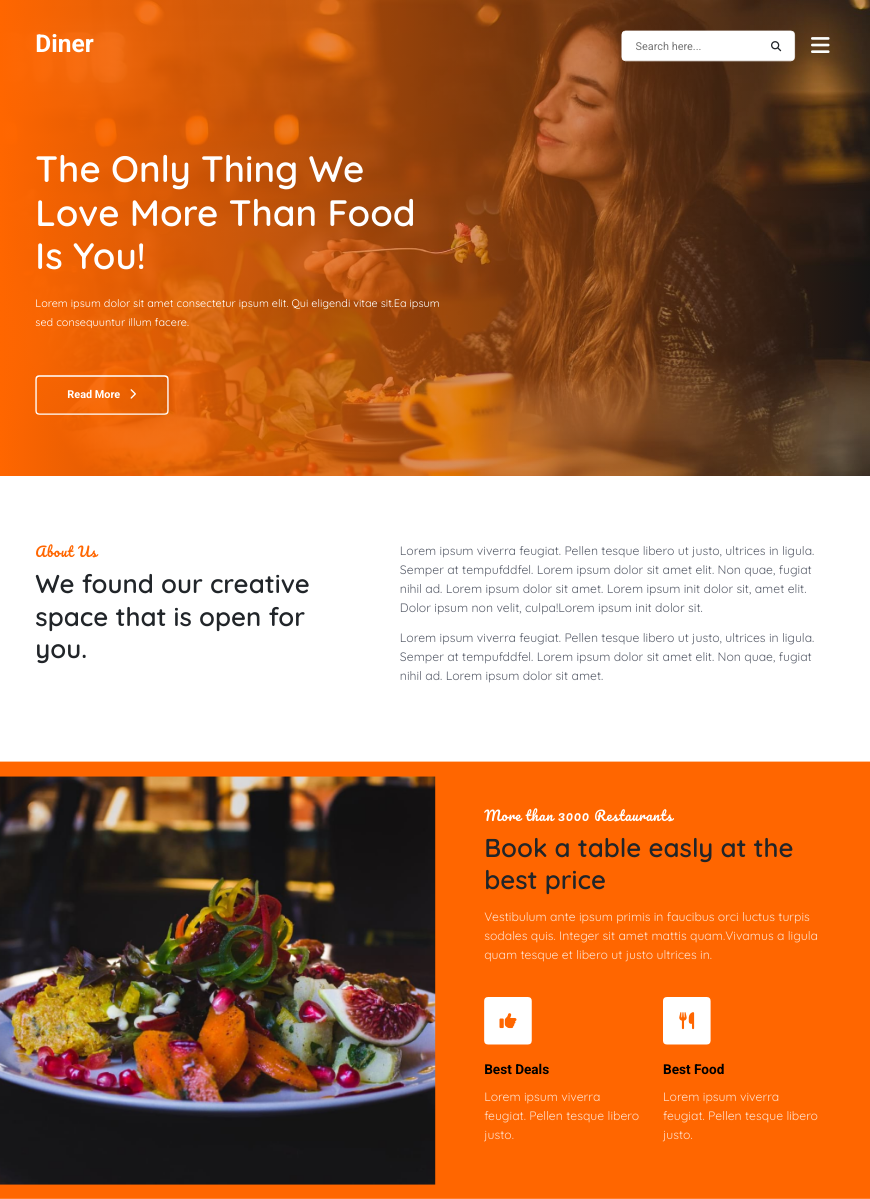
Repository: minhtrivu6199/Diner
Page: index.html
These files come from the project's save history. The page is drawn as it stood at one moment and after the next save; the edit follows.
The browser window is 1280 px wide. The pictures show the whole page, at 68% of full size.
Backgrounds fixed to the window are drawn as part of the page. The style sheet was rebuilt from its Sass, Less or Tailwind sources for each picture, by a compiler version that may differ from the author's.

Above is the page before, as saved 2022-10-10 16:42:30.

### index.html
<!DOCTYPE html>
<html lang="en">
  <head>
    <title>Diner</title>
    <!-- Required meta tags -->
    <meta charset="utf-8" />
    <meta
      name="viewport"
      content="width=device-width, initial-scale=1, shrink-to-fit=no"
    />
    <!-- FontAwesome 6.2.0 CSS -->
    <link
      rel="stylesheet"
      href="https://cdnjs.cloudflare.com/ajax/libs/font-awesome/6.2.0/css/all.min.css"
      integrity="sha512-xh6O/CkQoPOWDdYTDqeRdPCVd1SpvCA9XXcUnZS2FmJNp1coAFzvtCN9BmamE+4aHK8yyUHUSCcJHgXloTyT2A=="
      crossorigin="anonymous"
      referrerpolicy="no-referrer"
    />

    <!-- Font -->
    <link rel="preconnect" href="https://fonts.googleapis.com" />
    <link rel="preconnect" href="https://fonts.gstatic.com" crossorigin />
    <link
      href="https://fonts.googleapis.com/css2?family=Roboto:wght@100;300;400;500;700;900&display=swap"
      rel="stylesheet"
    />
    <link
      href="https://fonts.googleapis.com/css2?family=Pacifico&display=swap"
      rel="stylesheet"
    />
    <link
      href="https://fonts.googleapis.com/css2?family=Quicksand:wght@300;400;500;600;700&display=swap"
      rel="stylesheet"
    />

    <!-- Bootstrap CSS v5.2.1 -->
    <link
      href="https://cdn.jsdelivr.net/npm/bootstrap@5.2.1/dist/css/bootstrap.min.css"
      rel="stylesheet"
      integrity="sha384-iYQeCzEYFbKjA/T2uDLTpkwGzCiq6soy8tYaI1GyVh/UjpbCx/TYkiZhlZB6+fzT"
      crossorigin="anonymous"
    />
    <!-- CSS -->
    <link rel="stylesheet" href="./css/style.min.css" />
  </head>

  <body>
    <!-- HEADER BANNER -->
    <section class="header-banner">
      <div class="container">
        <!-- BANNER HEADER -->
        <div class="banner-header">
          <div class="banner-logo">
            <h1>
              <a href="" class="logo-brand">Diner</a>
            </h1>
          </div>
          <div class="banner-right-content">
            <div class="search-bar">
              <form class="search position-relative">
                <input
                  type="search"
                  class="search-input"
                  placeholder="Search here..."
                />
                <span class="fa fa-search search-icon"></span>
              </form>
            </div>
            <div class="menu text-center">
              <div class="mobile-position">
                <nav class="navigation">
                  <!-- <div class="theme-switch-wrapper">
                    <label for="checkbox" class="theme-switch">
                      <input type="checkbox" id="checkbox" />
                      <div class="mode-container">
                        <i class="fa fa-sun"></i>
                        <i class="fa fa-moon"></i>
                      </div>
                    </label>
                  </div> -->
                </nav>
              </div>
              <div class="mobile-nav-button text-center">
                <button id="trigger-overlay" type="button">
                  <i class="fa fa-bars" aria-hidden="true"></i>
                </button>
              </div>
            </div>
          </div>
          <!-- NAV MENU -->
          <div class="overlay overlay-scale">
            <button type="button" class="overlay-close">
              <i class="fa fa-times" aria-hidden="true"></i>
            </button>

            <nav>
              <ul>
                <li><a href="index.html" class="active">Home</a></li>
                <li><a href="about.html">About</a></li>
                <li><a href="services.html">Services</a></li>
                <li><a href="blog.html">Blog</a></li>
                <li><a href="error.html">404</a></li>
                <li><a href="">Landing Page</a></li>
                <li><a href="contact.html">Contact</a></li>
                <li><a href="">Shot Codes</a></li>
                <li><a href="">Email</a></li>
              </ul>
            </nav>
          </div>
          <!-- END NAV MENU -->
        </div>
        <!-- END BANNER HEADER -->
        <div class="banner-info">
          <h3 class="mb-4 title">The only thing we love more than food is you!</h3>
          <div class="separator"></div>
          <p class="pr-lg-5 mt-md-4 mt-3">
            Lorem ipsum dolor sit amet consectetur ipsum elit. Qui eligendi
            vitae sit.Ea ipsum sed consequuntur illum facere.
          </p>
          <a class="btn btn-white mt-sm-5 mt-4 mr-2" href="about.html">
            Read More
            <span class="fa fa-chevron-right ms-2" aria-hidden="true"></span>
          </a>
        </div>
      </div>
    </section>
    <!-- END HEADER -->

    <!-- ABOUT -->
    <section class="about-us py-5">
      <div class="container py-md-5">
        <div class="row content">
          <div class="col-lg-5 content-left">
            <div class="about-title">
              <h6 class="subtitle">About Us</h6>
              <h3 class="title mb-4">
                We found our creative space that is open for you.
              </h3>
            </div>
          </div>
          <div class="col-lg-7 content-right ps-lg-5">
            <p>
              Lorem ipsum viverra feugiat. Pellen tesque libero ut justo, ultrices in ligula. Semper at tempufddfel. Lorem ipsum dolor sit amet elit. Non quae, fugiat nihil ad. Lorem ipsum dolor sit amet. Lorem ipsum init dolor sit, amet elit. Dolor ipsum non velit, culpa!Lorem ipsum init dolor sit.
            </p>
            <p class="mt-3">
              Lorem ipsum viverra feugiat. Pellen tesque libero ut justo, ultrices in ligula. Semper at tempufddfel. Lorem ipsum dolor sit amet elit. Non quae, fugiat nihil ad. Lorem ipsum dolor sit amet.
            </p>
          </div>
        </div>
      </div>
    </section>
    <!-- END ABOUT -->

    <!-- AGENT -->
    <section class="agent">
      <div class="container-fluid">
        <div class="row align-items-center gx-0">
          <div class="col-lg-6 pt-lg-0 pt-5">
            <div class="agent-image"></div>
          </div>
          <div class="col-lg-6 px-lg-4 py-lg-3 py-4">
            <div class="agent-info p-md-5 p-3">
              <h6 class="subtitle">
                More than 3000 Restaurants
              </h6>
              <h3 class="title">
                Book a table easly at the best price
              </h3>
              <p class="my-3">
                Vestibulum ante ipsum primis in faucibus orci luctus turpis sodales quis. Integer sit amet mattis quam.Vivamus a ligula quam tesque et libero ut justo ultrices in.
              </p>
              <div class="agent-interactive mt-5">
                <div class="gd">
                  <div class="icon mb-4">
                    <span class="fa fa-thumbs-up"></span>
                  </div>
                  <a href="#" class="gd-link">Best Deals</a>
                  <p class="mt-2">
                    Lorem ipsum viverra feugiat. Pellen tesque libero justo.
                  </p>
                </div>
                <div class="gd">
                  <div class="icon mb-4">
                    <span class="fa fa-cutlery"></span>
                  </div>
                  <a href="#" class="gd-link">Best Food</a>
                  <p class="mt-2">
                    Lorem ipsum viverra feugiat. Pellen tesque libero justo.
                  </p>
                </div>
              </div>
            </div>
          </div>
        </div>
      </div>
    </section>
    <!-- END AGENT -->

    <!-- CATEGORIES -->
    <section class="categories">

    </section>
    <!-- END CATEGORIES -->

    <!-- Bootstrap JavaScript Libraries -->
    <script
      src="https://cdn.jsdelivr.net/npm/@popperjs/core@2.11.6/dist/umd/popper.min.js"
      integrity="sha384-oBqDVmMz9ATKxIep9tiCxS/Z9fNfEXiDAYTujMAeBAsjFuCZSmKbSSUnQlmh/jp3"
      crossorigin="anonymous"
    ></script>

    <script
      src="https://cdn.jsdelivr.net/npm/bootstrap@5.2.1/dist/js/bootstrap.min.js"
      integrity="sha384-7VPbUDkoPSGFnVtYi0QogXtr74QeVeeIs99Qfg5YCF+TidwNdjvaKZX19NZ/e6oz"
      crossorigin="anonymous"
    ></script>

    <!-- JS -->
    <script src="./js/modernizr-2.6.2.min.js"></script>
    <script src="./js/classie.js"></script>
    <script src="./js/main.js"></script>
  </body>
</html>

### js/classie.js
/*!
 * classie - class helper functions
 * from bonzo https://github.com/ded/bonzo
 *
 * classie.has( elem, 'my-class' ) -> true/false
 * classie.add( elem, 'my-new-class' )
 * classie.remove( elem, 'my-unwanted-class' )
 * classie.toggle( elem, 'my-class' )
 */

/*jshint browser: true, strict: true, undef: true */
/*global define: false */

(function (window) {
  "use strict";

  // class helper functions from bonzo https://github.com/ded/bonzo

  function classReg(className) {
    return new RegExp("(^|\\s+)" + className + "(\\s+|$)");
  }

  // classList support for class management
  // altho to be fair, the api sucks because it won't accept multiple classes at once
  var hasClass, addClass, removeClass;

  if ("classList" in document.documentElement) {
    hasClass = function (elem, c) {
      return elem.classList.contains(c);
    };
    addClass = function (elem, c) {
      elem.classList.add(c);
    };
    removeClass = function (elem, c) {
      elem.classList.remove(c);
    };
  } else {
    hasClass = function (elem, c) {
      return classReg(c).test(elem.className);
    };
    addClass = function (elem, c) {
      if (!hasClass(elem, c)) {
        elem.className = elem.className + " " + c;
      }
    };
    removeClass = function (elem, c) {
      elem.className = elem.className.replace(classReg(c), " ");
    };
  }

  function toggleClass(elem, c) {
    var fn = hasClass(elem, c) ? removeClass : addClass;
    fn(elem, c);
  }

  var classie = {
    // full names
    hasClass: hasClass,
    addClass: addClass,
    removeClass: removeClass,
    toggleClass: toggleClass,
    // short names
    has: hasClass,
    add: addClass,
    remove: removeClass,
    toggle: toggleClass,
  };

  // transport
  if (typeof define === "function" && define.amd) {
    // AMD
    define(classie);
  } else {
    // browser global
    window.classie = classie;
  }
})(window);

### js/main.js
(function () {
  var container = document.querySelector("div.container"),
    triggerBttn = document.getElementById("trigger-overlay"),
    overlay = document.querySelector("div.overlay"),
    closeBttn = overlay.querySelector("button.overlay-close");
  (transEndEventNames = {
    WebkitTransition: "webkitTransitionEnd",
    MozTransition: "transitionend",
    OTransition: "oTransitionEnd",
    msTransition: "MSTransitionEnd",
    transition: "transitionend",
  }),
    (transEndEventName = transEndEventNames[Modernizr.prefixed("transition")]),
    (support = { transitions: Modernizr.csstransitions });

  function toggleOverlay() {
    if (classie.has(overlay, "open")) {
      classie.remove(overlay, "open");
      classie.remove(container, "overlay-open");
      classie.add(overlay, "close");
      var onEndTransitionFn = function (ev) {
        if (support.transitions) {
          if (ev.propertyName !== "visibility") return;
          this.removeEventListener(transEndEventName, onEndTransitionFn);
        }
        classie.remove(overlay, "close");
      };
      if (support.transitions) {
        overlay.addEventListener(transEndEventName, onEndTransitionFn);
      } else {
        onEndTransitionFn();
      }
    } else if (!classie.has(overlay, "close")) {
      classie.add(overlay, "open");
      classie.add(container, "overlay-open");
    }
  }

  triggerBttn.addEventListener("click", toggleOverlay);
  closeBttn.addEventListener("click", toggleOverlay);
})();

### scss/style.scss
@import "./base/variables";
@import "./pages/components/menu";

.header-banner {
  background-image: linear-gradient(to right, $orange, hsl(30deg 100% 1% / 20%)),
    url(../img/banner1.jpg);
  background-size: cover;
  background-position: initial;
  background-repeat: no-repeat;
  background-attachment: fixed;
  min-height: 700px;
  .container {
    .banner-header {
      display: flex;
      justify-content: space-between;
      align-items: center;
      padding: 40px 0 20px 0;
      .banner-logo {
        .logo-brand {
          font-size: 36px;
          font-weight: 700;
          color: $white;
        }
      }

      .banner-right-content {
        display: flex;
        justify-content: center;
        align-items: center;
        .search-bar {
          display: flex;
          .search {
            .search-input {
              padding: 10px 50px 10px 20px;
              height: 45px;
              font-size: 16px;
              color: $font-color;
              font-weight: 400;
              border-radius: 6px;
              position: relative;
              right: 0;
              background: $white;
              outline: 0;
              border: 1px solid $white;
            }
            .search-icon {
              position: absolute;
              right: 20px;
              font-size: 15px;
              cursor: pointer;
              top: 15px;
            }
          }
        }

        .menu {
          display: flex;
          justify-content: center;
          align-items: center;
          .mobile-nav-button {
            margin-left: 1rem;
          }
        }
      }
    }

    .banner-info {
      max-width: 600px;
      text-align: left;
      margin-top: 100px;
      h3 {
        font-size: 54px;
        line-height: 64px;
        text-transform: capitalize;
        color: $white;
      }
      p {
        font-size: 16px;
        line-height: 28px;
        color: $white;
      }

      .btn-white {
        background: transparent;
        border: 2px solid $white;
        color: $white;
        padding: 12px 45px;
        font-size: 16px;
        line-height: 30px;
        font-weight: 700;
        transition: 0.3s ease-in;
        border-radius: 6px;

        &:hover {
          background: $white;
          color: $orange;
        }
      }
    }
  }
}

.about-us {
  .container {
    .content {
      .content-right {
        p {
          color: $font-color;
        }
      }
    }
  }
}

.agent {
  background: $orange;
  .container-fluid {
    margin: 0;
    padding: 0;
    .agent-image {
      background-image: url(../img/banner3.jpg);
      background-repeat: no-repeat;
      background-size: cover;
      background-position: center;
      position: relative;
      z-index: 1;
      min-height: 600px;
    }

    .agent-info {
      .subtitle {
        color: $white;
      }
      p {
        color: #ffdfc9;
      }
    }

    .agent-interactive {
      display: grid;
      grid-template-columns: 1fr 1fr;
      gap: 30px;
      .gd {
        &:hover .icon span.fa {
            color: $warning;
            transition: 0.3s ease-in-out;
        }
        .icon {
          background: $white;
          width: 70px;
          height: 70px;
          text-align: center;
          line-height: 70px;
          border-radius: 6px;
          transition: 0.3s ease-in-out;
          span.fa {
            color: $orange;
            font-size: 25px;
            line-height: 70px;
          }
        }
        .gd-link {
          color: #000;
          font-weight: 700;
          line-height: 1.2;
          margin-bottom: 15px;
          font-size: 20px;
          display: block;
        }
      }
    }
  }
}

### scss/base/_variables.scss
// Color
$blue: #007bff;
$indigo: #6610f2;
$purple: #6f42c1;
$pink: #e83e8c;
$red: #dc3545;
$orange: #ff6600;
$yellow: #ffc107;
$green: #28a745;
$teal: #20c997;
$cyan: #17a2b8;
$white: #fff;
$gray: #6c757d;
$gray-dark: #343a40;
$light-orange: #f8b195;
$success: #28a745;
$info: #17a2b8;
$warning: #ffc107;
$danger: #dc3545;
$light: #f8f9fa;
$dark: #343a40;
$font-color: rgba(22, 28, 45, 0.7);

*, ::after, ::before {
    margin: 0;
    padding: 0;
    box-sizing: border-box;
}

html,
body {
  font-family: "Roboto", sans-serif;
}
a {
  text-decoration: none;
  background-color: transparent;
  cursor: pointer;
}

.container {
    max-width: 1200px;
}

.subtitle {
    font-family: 'Pacifico', cursive;
    font-size: 20px;
    font-weight: 400;
    line-height: 30px;
    letter-spacing: 1px;
    color: $orange;
}

.title {
    font-size: 38px;
    line-height: 48px;
    font-weight: 600;
    font-family: 'Quicksand', sans-serif;
}

p {
    font-size: 18px;
    line-height: 28px;
    font-family: 'Quicksand', sans-serif;
}

### scss/pages/components/_menu.scss
@import '../../base/variables';
.overlay {
	position: fixed;
	width: 100%;
	height: 100%;
	top: 0;
	left: 0;
	background: rgb(6 3 0 / 77%);
}

/* Overlay closing cross */
.overlay .overlay-close {
    width: 40px;
    height: 40px;
    position: absolute;
    right: 40px;
    top: 40px;
    overflow: hidden;
    border: none;
    background: $orange;
    color: #fff;
    border-radius: 6px;
}

button#trigger-overlay {
	outline: none;
	border: none;
	background: none;
	text-align: center;
	color: #fbfdfb;
	font-size: 1.95em;
	padding: 0 8px;
}

/* Menu style */
.overlay nav {
	text-align: center;
	position: relative;
	top: 50%;
	height: 60%;
	-webkit-transform: translateY(-50%);
	transform: translateY(-50%);
}
.overlay ul {
	list-style: none;
	padding: 0;
	margin: 0 auto;
	display: inline-block;
	height: 100%;
	position: relative;
}
.overlay ul li {
	display: block;
	-webkit-backface-visibility: hidden;
	backface-visibility: hidden;
    line-height:3em;
}
.overlay ul li a {
	font-size: 20px;
	font-weight: 600;
	display: block;
	color: #fff;
	-webkit-transition: color 0.2s;
	transition: color 0.2s;
}

.overlay ul li a:hover,
.overlay ul li a:focus {
	color: $orange;
}

/* Effects */
.overlay-scale {
	visibility: hidden;
	opacity: 0;
	-webkit-transform: scale(0.9);
	transform: scale(0.9);
	-webkit-transition: -webkit-transform 0.2s, opacity 0.2s, visibility 0s 0.2s;
	transition: transform 0.2s, opacity 0.2s, visibility 0s 0.2s;
}

.overlay-scale.open {
	visibility: visible;
	opacity: 1;
	-webkit-transform: scale(1);
	transform: scale(1);
	-webkit-transition: -webkit-transform 0.4s, opacity 0.4s;
	transition: transform 0.4s, opacity 0.4s;
}

@media screen and (max-height: 30.5em) {
	.overlay nav {
		height: 70%;
		font-size: 34px;
	}

	.overlay ul li {
		min-height: 34px;
	}
}
@media (max-width:767px) {
	.overlay ul li a {
		font-size: 16px;
	}
	.overlay ul li {
		line-height: 2.5em;
	}
}
@media (max-width:600px) {
	.overlay ul li a {
		font-size: 16px;
	}
	.overlay ul li {
		line-height: 2.2em;
	}
}

Loaded but not shown: js/modernizr-2.6.2.min.js (library)

After the next save:
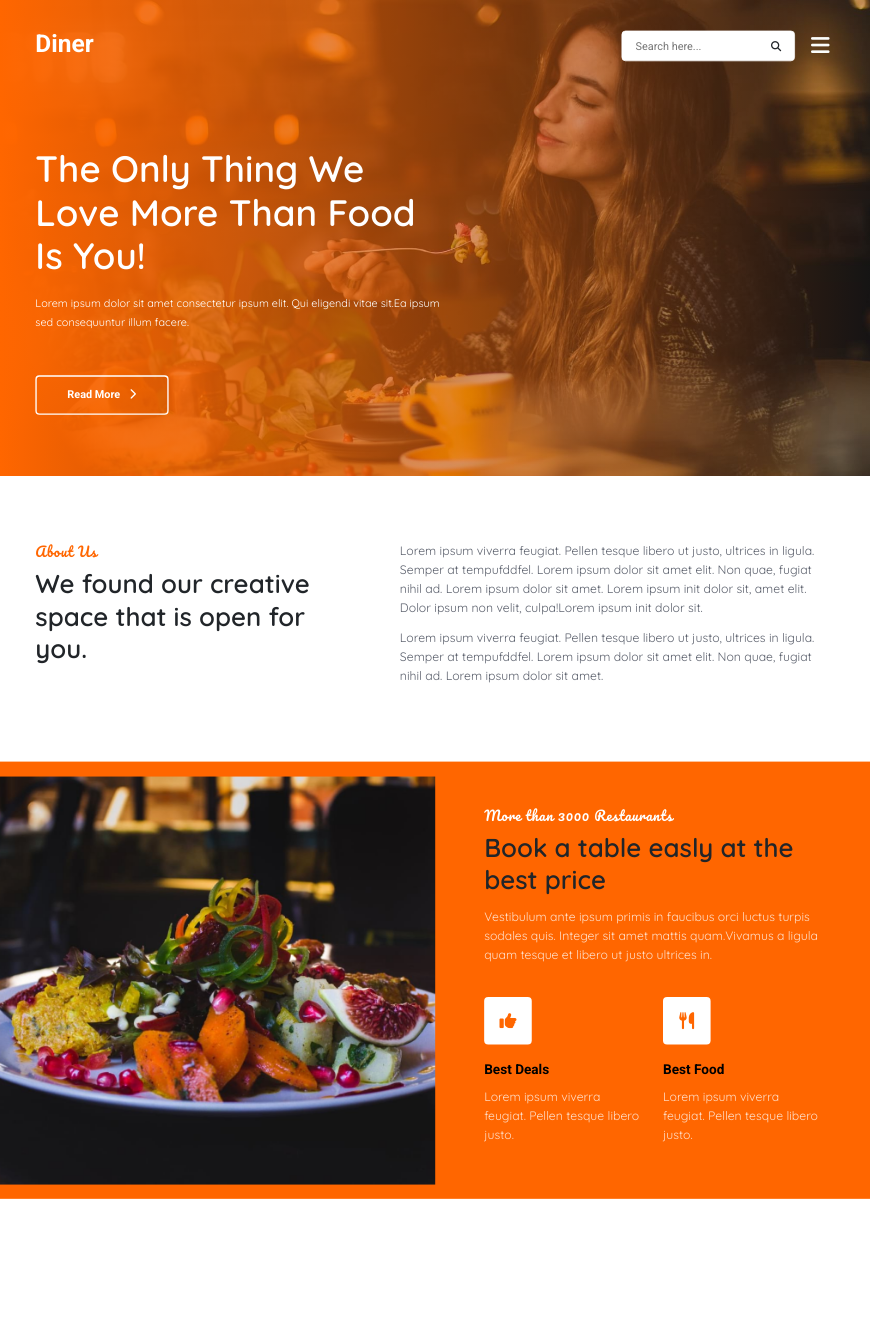
Saved 58 s later.
--- a/index.html
+++ b/index.html
@@ -197,8 +197,10 @@
     <!-- END AGENT -->
 
     <!-- CATEGORIES -->
-    <section class="categories">
-
+    <section class="categories py-5">
+      <div class="container py-md-5 py-2">
+
+      </div>
     </section>
     <!-- END CATEGORIES -->
 
